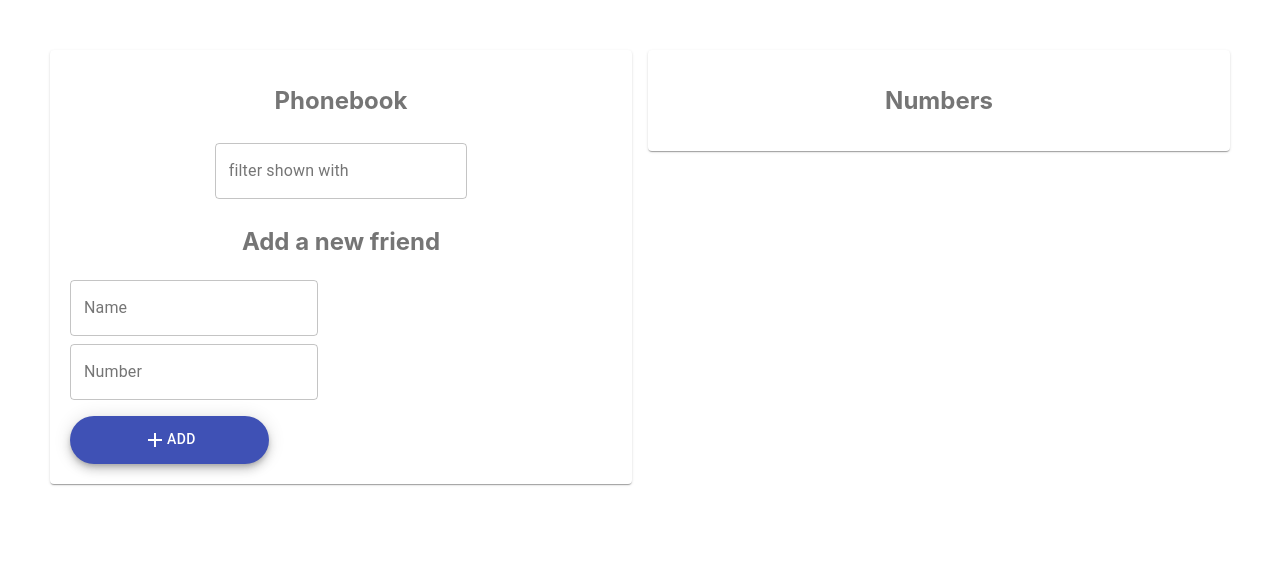
Repository: StacyLafume/phone-book
Page: / (app in phone-book/)
An editor plug-in stored every save of this project. The page is shown before and after the next save, followed by the edit.
The browser window is 1280 px wide. The pictures show the whole page.
The page's requests for data from a server got no answer. The project was rebuilt for these pictures with package versions that can differ from the ones it lists, and the page was loaded fresh each time. No one was signed in, and anything a server would have sent is missing. Also part of the build but not shown: phone-book/src/PhoneBook.js.

Above is the page before, as saved 2021-04-01 19:14:25.

### phone-book/src/App.js
import React, { useState, useEffect } from "react";
// importing a modual personsService
import personsService from "./Service/person";
import Filter from "./Filter";
import Notification from "./Notification";
import PersonForm from "./PersonForm";
import PhoneBook from "./PhoneBook";
import { makeStyles } from '@material-ui/core/styles';
import Paper from '@material-ui/core/Paper';
import Grid from '@material-ui/core/Grid';
import Box from '@material-ui/core/Box';


const App = () => {
  const [persons, setPersons] = useState([]);
  const [newName, setNewName] = useState("");
  const [newNumber, setNewNumber] = useState("");
  const [showFilter, setshowFilter] = useState("");
  const [notification, setNotification] = useState(null);
  const [success, setSuccess] = useState(null);

  const useStyles = makeStyles((theme) => ({
    root: {
      flexGrow: 1,
      margin: 50
    },
    paper: {
      padding: theme.spacing(2),
      justifyItems: 'center',
      color: theme.palette.text.secondary,

    },
  }));

  // show data on the screen
  useEffect(() => {
    personsService
      .getAll()
      .then(response => {
        setPersons(response);
      })
      .catch(error => showMessage("Could not retrieve data", false));
  }, []);

  const addNewName = e => {
    e.preventDefault();
    const personObject = {
      name: newName,
      number: newNumber
    };

    //console.log('persons.some(e => e.name === newName)',persons.some(e => e.name === newName))

    // if name is already in phone book return true and alert user
    if (persons.some(e => e.name === newName)) {

      // first name equal to that name
      let personId = persons.find(item => item.name === newName);

      // assigning whats in person obj to person id to update the entry
      let updatedEntry = Object.assign(personId, personObject);

      // alert the user  to update name  and / or  number
      if (
        window.confirm(
          `Do you want to update ${newName} with number ${newNumber}?`
        )
      ) {
        // based on the condition it will make put request to update
        personsService
          .update(personId.id, personObject)
          .then(() => {
            setPersons(
              // map through persons check if name is equal to new name
              //and either return updatedEntry or item
              persons.map(item => (item.name === newName ? updatedEntry : item))
            );
            // reset inputs
            setNewName("");
            setNewNumber("");
            // alert user of the changes
            showMessage(`User ${newName} phone number updated`);
          })
          .catch(error => {
            showMessage(
              `Update failed. User ${newName} has already been removed from the phone book.`,
              false
            );
            setPersons(persons.filter(n => n.name !== newName));
          });
      }
    } else {
      // if number is already in phone book return true and alert user
      if (persons.some(e => e.number === newNumber)) {
        showMessage(`# ${newNumber} is already in the phone book.`, false);
      } else {
        // check if inputs are empty and set show message
        if (newName === "" || newNumber === "") {
          showMessage(`The name and number must not be empty`, false);
        } else {
          // add personObject to the data base
          personsService
            .create(personObject)
            .then(returnedPerson => {
              setPersons(persons.concat(returnedPerson));
              // reset inputs
              setNewName("");
              setNewNumber("");
              // alert user
              showMessage(`User ${newName} has been added to the phone book`);
            })
            .catch(error => {
              console.log(error.response.data.error)
              return showMessage(
                `Failed to add number. More about error: ${error.response.data.error
                }`,
                false
              );
            });
          // make a get requests of updated data
          personsService
            .getAll()
            .then(response => {
              setPersons(response);
            })
            .catch(error => showMessage("Could not retrieve data", false));
        }
      }
    }
  };

  const removeEntry = person => {
    // if user clicks yes to remove
    if (window.confirm(`Remove ${person.name}?`)) {
      // call delete request with id that needs to be deleted
      personsService
        .remove(person.id)
        .then(() => {
          // setPerson to filtered array of every preson but the deleted person
          setPersons(persons.filter(item => item.id !== person.id));
          showMessage(`${person.name} has been removed from the phone book`);
        })
        .catch(error => {
          showMessage(
            `Removal failed. User ${person.name
            } has already been removed from the phone book.`,
            false
          );
          // make a get requests of updated data
          personsService
            .getAll()
            .then(response => {
              setPersons(response);
            })
            .catch(error => showMessage("Could not retrieve data", false));
        });
    }
  };

  // tracking values in the name input
  const handleNameChange = e => {
    // console.log(e.target.value);
    setNewName(e.target.value);
  };

  // tracking values in the number input
  const handleNumberChange = e => {
    setNewNumber(e.target.value);
  };

  const showMessage = (message, successNotification = true) => {
    // sets notication based on the true or false given by the condiyion it was called in
    setNotification(message);
    // boolean value if the rquest was successful or not
    setSuccess(successNotification);

    // the notification will stay on browser for 3 sec
    setTimeout(() => {
      setNotification(null);
      setSuccess(null);
    }, 3000);
  };

  const classes = useStyles();
  return (

    <Box className={classes.root}>
      <Grid container spacing={2}>
        <Grid item xs={6}>
          <Paper className={classes.paper}>
            <h2>Phonebook</h2>
            <Notification notification={notification} success={success} />
            <Filter showFilter={showFilter} setshowFilter={setshowFilter} />
            <h2>Add a new friend</h2>
            <PersonForm
              addNewName={addNewName}
              newName={newName}
              handleNameChange={handleNameChange}
              handleNumberChange={handleNumberChange}
            />
          </Paper>
        </Grid>
        <Grid item xs={6}>
          <Paper className={classes.paper}>
            <h2>Numbers</h2>
            <ul>
              <PhoneBook
                persons={persons}
                showFilter={showFilter}
                removeEntry={removeEntry}
              />
            </ul>
          </Paper>
        </Grid>
      </Grid>
    </Box>
  );
};

export default App;

### phone-book/src/Service/person.js
import axios from "axios";

//const baseUrl = "http://localhost:3003/persons";
const baseUrl = 'api/persons';

// get rquest for all of json datas
const getAll = () => {
  const request = axios.get(baseUrl);
  return request.then(response => response.data);
};

// post request to add new entry
const create = newObject => {
  const request = axios.post(baseUrl, newObject);
  return request.then(response => response.data)
};

// put request to update json db
const update = (id, newObject) => {
  const request = axios.put(`${baseUrl}/${id}`, newObject);
  return request.then(response => response.data);
};

// delete request to delete from json data base
const remove = id => {
  const request = axios.delete(`${baseUrl}/${id}`);
  return request.then(response => response.data);
};


// exporting all of the functions
export default {
  getAll: getAll,
  create: create,
  update: update,
  remove: remove
};

### phone-book/src/Filter.js
import React from "react";
import { makeStyles } from '@material-ui/core/styles';
import TextField from '@material-ui/core/TextField';

const Filter = ({ showFilter, setshowFilter }) => {
  const useStyles = makeStyles((theme) => ({
    root: {
      '& > *': {
        margin: theme.spacing(1),
        width: '25ch',
      },
    },
  }));
  const classes = useStyles();
  const filterPersons = e => {
    setshowFilter(e.target.value);
  };

  return (
    <div className={classes.root}>
      <TextField id="outlined-basic" value={showFilter} label="filter shown with" variant="outlined"onChange={filterPersons} />
    </div>
  );
};

export default Filter;

### phone-book/src/Notification.js
import React from "react";

const Notification = ({ notification, success }) => {
  // console.log(notification);
  // console.log(success);

  // if there is no notification return null
  if (notification === null) {
    return null;
  }

  // if success renders the paticular (inLine) style
  if (success)
    return (
      <div className="success" style={styles.success}>
        {notification}
      </div>
    );
  else
    return (
      <div className="success" style={styles.fail}>
        {notification}
      </div>
    );
};

var styles = {
  success: {
    color: "green",
    background: "white",
    fontSize: 20,
    borderStyle: "solid",
    borderRadius: 5,
    padding: 10,
    marginBottom: 10
  },
  fail: {
    color: "red",
    background: "white",
    fontSize: 20,
    borderStyle: "solid",
    borderRadius: 5,
    padding: 10,
    marginBottom: 10
  }
};

export default Notification;

### phone-book/src/PersonForm.js
import React from "react";
import { makeStyles } from '@material-ui/core/styles';
import TextField from '@material-ui/core/TextField';
import Grid from '@material-ui/core/Grid';
import Fab from '@material-ui/core/Fab';
import AddIcon from '@material-ui/icons/Add';



const PersonForm = ({
  newName,
  newNumber,
  addNewName,
  handleNameChange,
  handleNumberChange
}) => {
  const useStyles = makeStyles((theme) => ({
    root: {
      '& > *': {
        margin: theme.spacing(1),
        width: '25ch',
      },
    },
    press: {
      margin: {
        margin: theme.spacing(1),
      },
      extendedIcon: {
        marginRight: theme.spacing(1),
      },
    }
  }));
  const classes = useStyles();
  return (
    <Grid container spacing={1}>
      <form onSubmit={addNewName} className={classes.root} noValidate autoComplete="off">

        {/* calls the function tracking values in the name input */}
        {/* name: <input value={newName} onChange={handleNameChange} /> */}
        <Grid item xs={12}>
        <TextField id="outlined-basic" label="Name" value={newName} onChange={handleNameChange} variant="outlined" />
        </Grid>
        <Grid  xs={12}>
        {/* calls the function tracking values in the number input */}
        <TextField id="outlined-basic" value={newNumber} onChange={handleNumberChange} label="Number" variant="outlined" />
        </Grid>
        {/* calls the create request to add name and number */}
        <Fab variant="extended" color="primary" aria-label="add" className={classes.margin} type="submit">
          <AddIcon className={classes.extendedIcon} />
         Add
        </Fab>
      </form>
      </Grid>

  );
};


export default PersonForm;

Loaded but not shown: phone-book/public/index.html (common file); phone-book/src/index.js (common file); phone-book/src/index.css (common file)

After the next save:
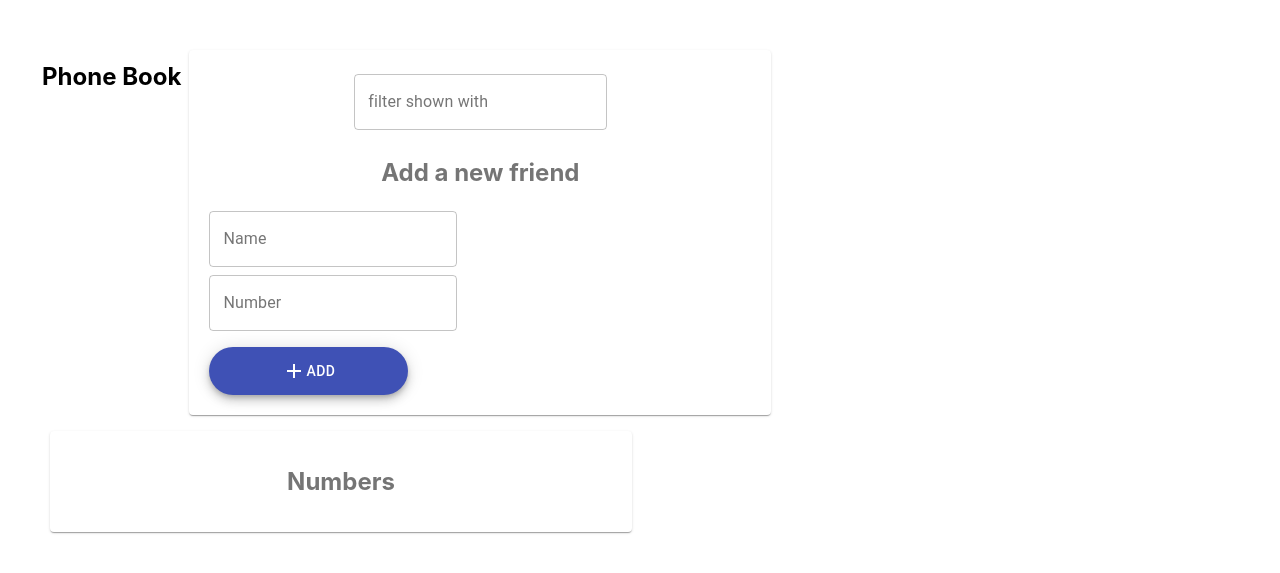
Saved 3 min 11 s later.
--- a/phone-book/src/App.js
+++ b/phone-book/src/App.js
@@ -186,9 +186,10 @@
 
     <Box className={classes.root}>
       <Grid container spacing={2}>
+      <h2>Phone Book</h2>
         <Grid item xs={6}>
           <Paper className={classes.paper}>
-            <h2>Phonebook</h2>
+
             <Notification notification={notification} success={success} />
             <Filter showFilter={showFilter} setshowFilter={setshowFilter} />
             <h2>Add a new friend</h2>

After the save that followed:
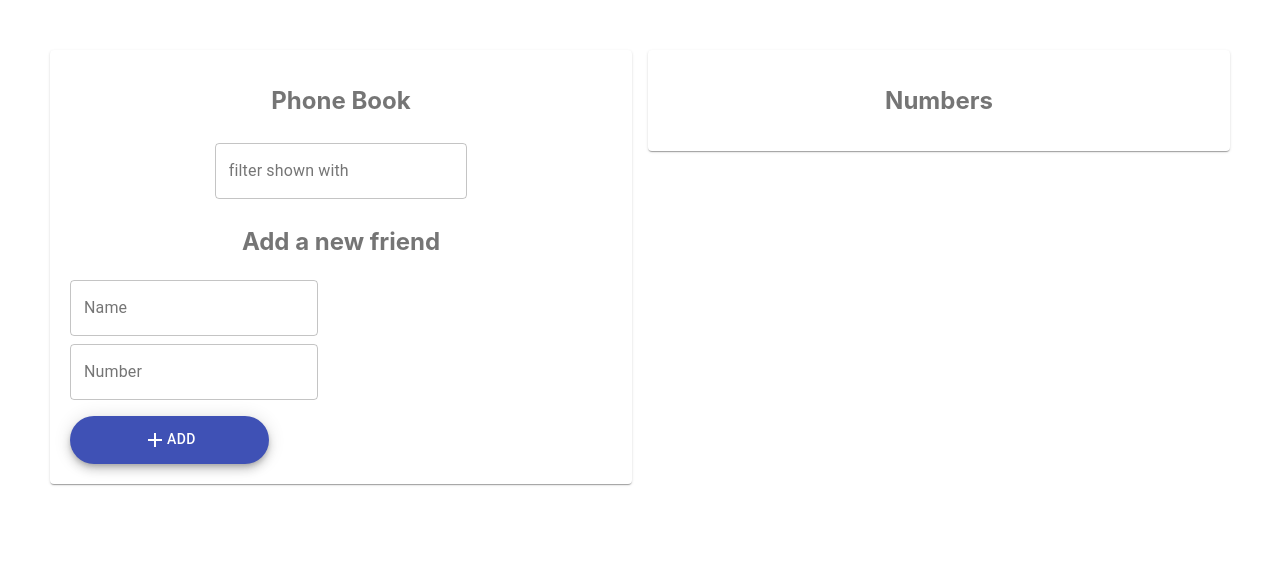
Saved 21 s later.
--- a/phone-book/src/App.js
+++ b/phone-book/src/App.js
@@ -186,10 +186,9 @@
 
     <Box className={classes.root}>
       <Grid container spacing={2}>
-      <h2>Phone Book</h2>
         <Grid item xs={6}>
           <Paper className={classes.paper}>
-
+            <h2>Phone Book</h2>
             <Notification notification={notification} success={success} />
             <Filter showFilter={showFilter} setshowFilter={setshowFilter} />
             <h2>Add a new friend</h2>
